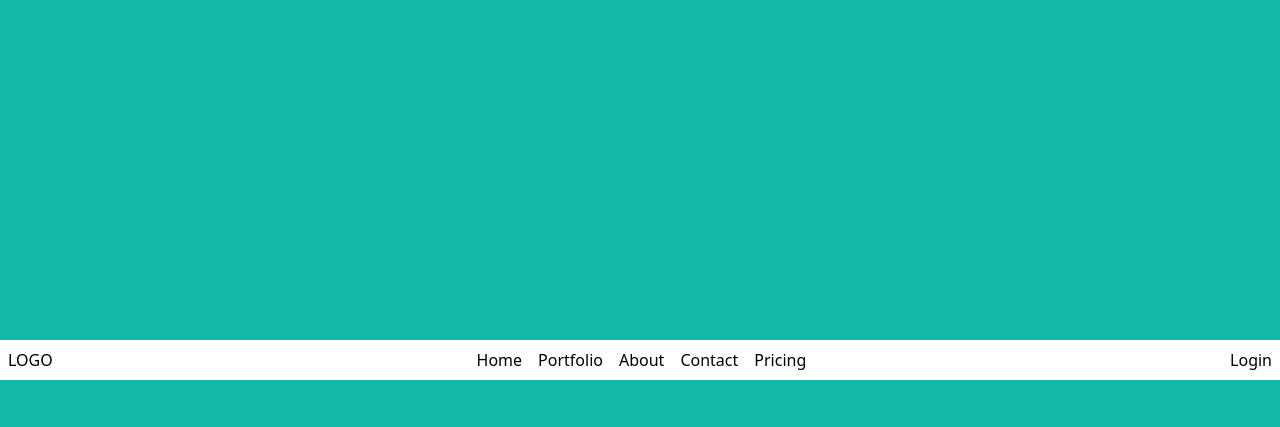
Repository: DevAntonioRogers/react-modal-with-dialog
Page: /
The author's editor kept a copy of each file at every save. The page is drawn from the files as they stood at one save, then again after the next save.
The browser window is 1280 px wide. The pictures show the whole page.
The project was rebuilt for these pictures with package versions that can differ from the ones it lists, and the page was loaded fresh each time. Also part of the build but not shown: vite.config.ts.

Above is the page before, as saved 2023-05-10 08:45:10.

After the next save:
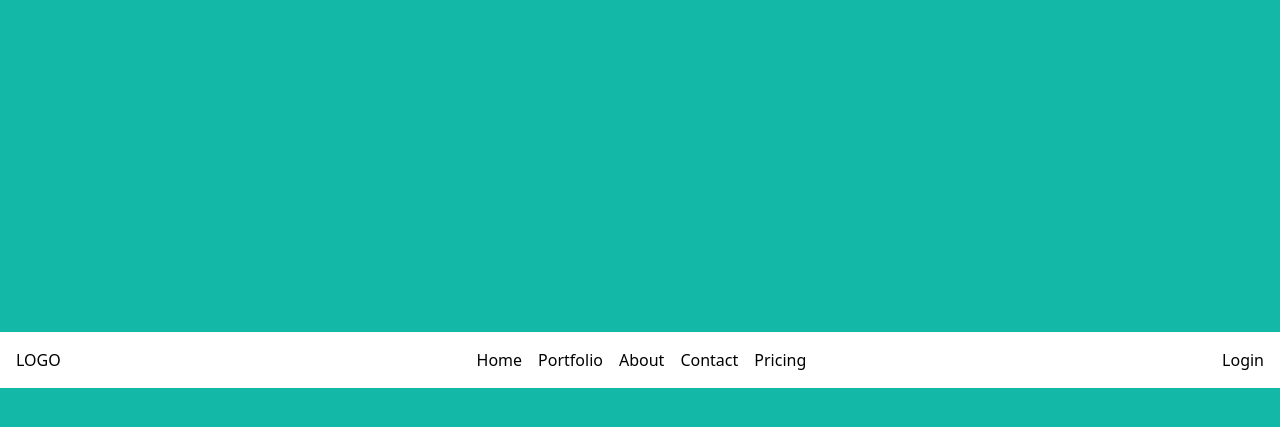
Saved 5 s later.
--- a/src/App.tsx
+++ b/src/App.tsx
@@ -1,7 +1,7 @@
 function App() {
   return (
     <div className="flex items-center justify-center w-screen h-screen bg-teal-500">
-      <nav className="flex justify-between items-center p-2 w-full bg-white">
+      <nav className="flex justify-between items-center p-4 w-full bg-white">
         <div>
           <h1>LOGO</h1>
         </div>
